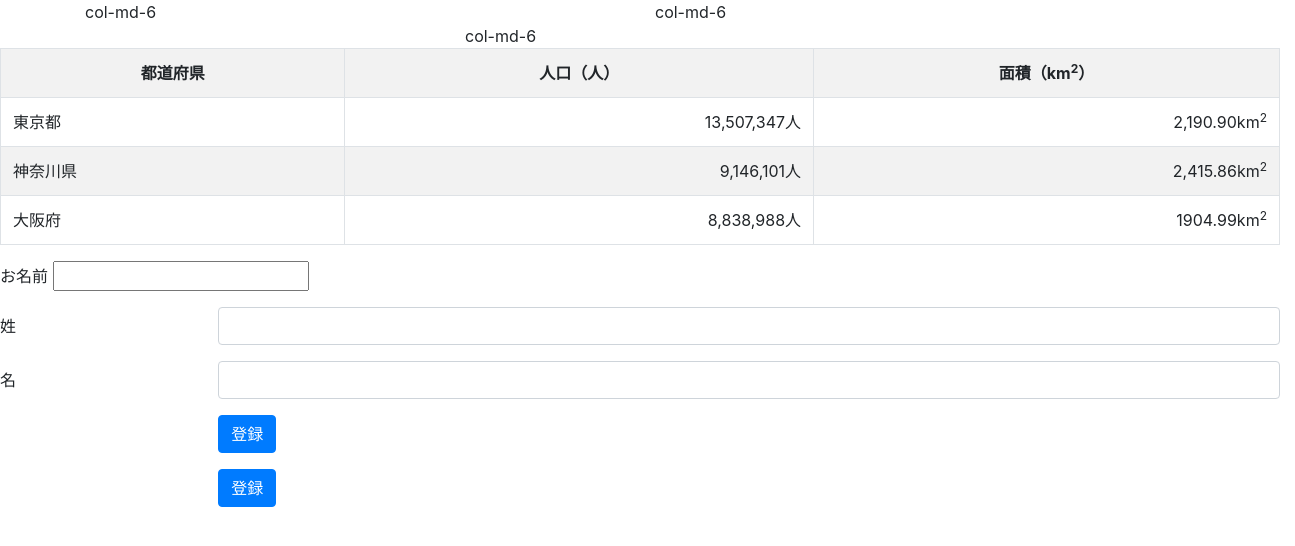
Repository: taekowithrowgit/backend
Page: environment/bootstrap_lesson.html
The author's editor kept a record of every edit. The page is drawn from the files as they stood at one moment, then again after the next edit.
The browser window is 1280 px wide. The page is 1295 px wide, so the pictures cover 1295 px, including what lies to the right of the window. The pictures show the whole page.
Some web libraries are served in a nearby version.

Above is the page before.

### environment/bootstrap_lesson.html
<!DOCTYPE html>
<html lang="ja">
    <head>
        <!-- Required meta tags -->
        <meta charset="utf-8">
        <meta name="viewport" content="width=device-width, initial-scale=1, shrink-to-fit=no">

        <!-- Bootstrap CSS -->
        <link rel="stylesheet" href="https://stackpath.bootstrapcdn.com/bootstrap/4.2.1/css/bootstrap.min.css">

        <title>Grid System Test</title>

    </head>
    <body>
        <div class="container">
            <div class="row">
                <div class="col-md-6">col-md-6</div>
                <div class="col-md-6">col-md-6</div>
                <div class="offset-md-4 col-md-4"> col-md-6</div>
            </div>
        </div>

        <!--テーブルの見た目の種類-->

        <table class="table table-striped table-hover table-bordered ">
    <tr>
        <th class="text-center">都道府県</th>
        <th class="text-center">人口（人）</th>
        <th class="text-center">面積（km<sup>2</sup>）</th>
    </tr>
    <tr>
        <td>東京都</td>
        <td class="text-right">13,507,347人</td>
        <td class="text-right">2,190.90km<sup>2</sup></td>
    </tr>
    <tr>
        <td>神奈川県</td>
        <td class="text-right">9,146,101人</td>
        <td class="text-right">2,415.86km<sup>2</sup></td>
    </tr>
    <tr>
        <td>大阪府</td>
        <td class="text-right">8,838,988人</td>
        <td class="text-right">1904.99km<sup>2</sup></td>
    </tr>
</table>

<form>

    <div class="form-group">
        お名前
        <input type = "text" class "form-control">
    </div>

    <div class="form-group row">
        <label class="col-2 col-form-label">姓</label>
        <div class="col-10">
            <input type="text" class="form-control" name="lastname">
        </div>
    </div>

      <div class="form-group row">
        <label class="col-2 col-form-label">名</label>
        <div class="col-10">
            <input type="text" class="form-control" name="firstname">
        </div>
    </div>
     <div class="form-group row">
        <div class="offset-2 col-10">
            <button type="submit" class="btn btn-primary">登録</button>
        </div>
    </div>

    <div class ="form-group row">
        <div class="offset-2 col-10">
            <button type ="submit" class="btn btn-primary">登録 </button>

        </div>
    </div>

</form>

        <!-- Optional JavaScript -->
        <!-- jQuery first, then Popper.js, then Bootstrap JS, then Font Awesome -->
        <script src="https://code.jquery.com/jquery-3.3.1.slim.min.js"></script>
        <script src="https://cdnjs.cloudflare.com/ajax/libs/popper.js/1.14.6/umd/popper.min.js"></script>
        <script src="https://stackpath.bootstrapcdn.com/bootstrap/4.2.1/js/bootstrap.min.js"></script>
        <script defer src="https://use.fontawesome.com/releases/v5.7.2/js/all.js"></script>
    </body>
</html>

After the next edit:
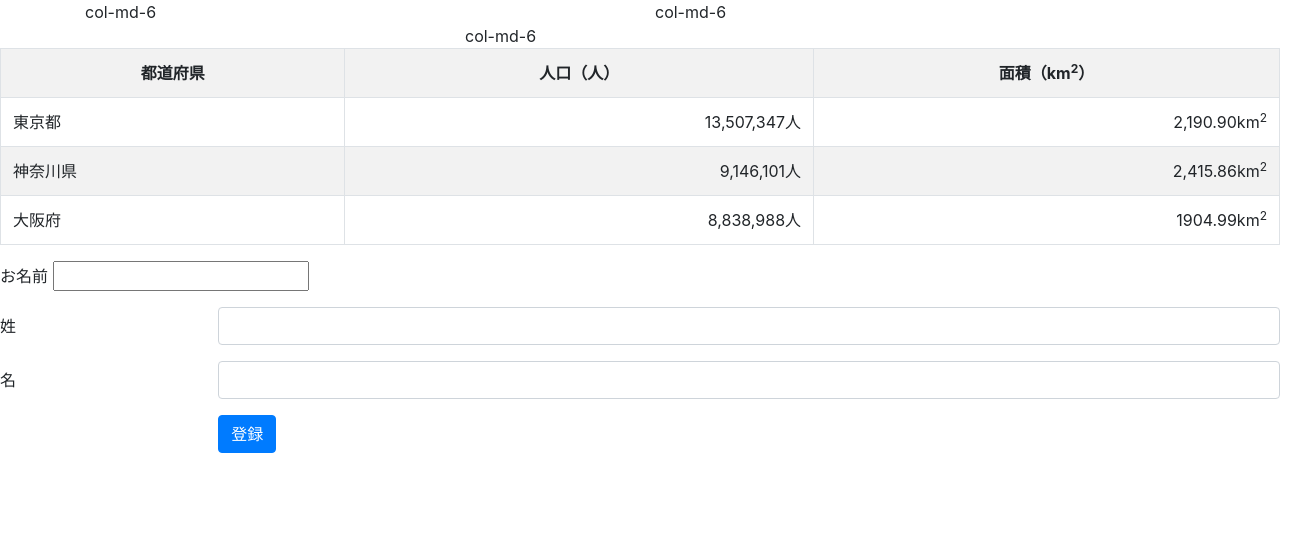
The edit:
--- a/environment/bootstrap_lesson.html
+++ b/environment/bootstrap_lesson.html
@@ -65,11 +65,6 @@
             <input type="text" class="form-control" name="firstname">
         </div>
     </div>
-     <div class="form-group row">
-        <div class="offset-2 col-10">
-            <button type="submit" class="btn btn-primary">登録</button>
-        </div>
-    </div>
 
     <div class ="form-group row">
         <div class="offset-2 col-10">
